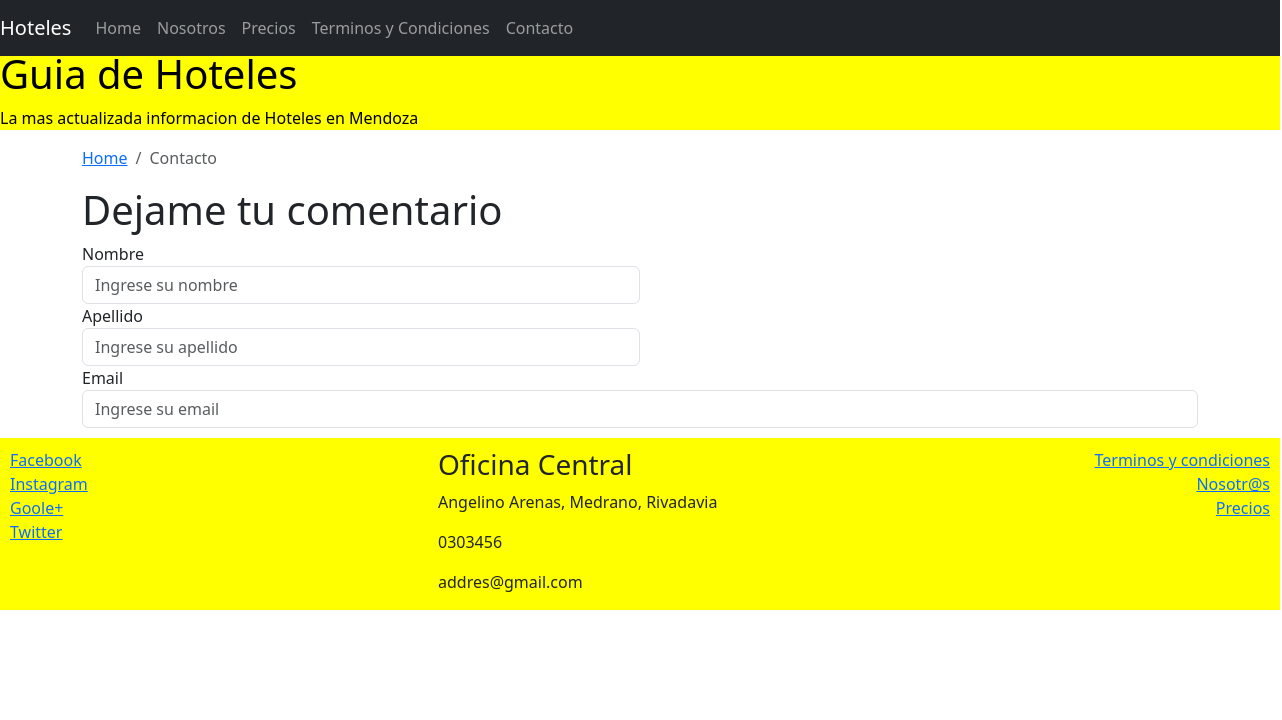
Repository: JulianMoralesSantoni/PaginaHoteles
Page: contacto.html
An editor plug-in stored every save of this project. The page is shown before and after the next save, followed by the edit.
The browser window is 1280 px wide. The page is 1282 px wide, so the pictures cover 1282 px, including what lies to the right of the window. The pictures show the whole page.
Some web libraries are served in a nearby version.

Above is the page before, as saved 2021-03-28 20:51:11.

### contacto.html
<!doctype html>
<html lang="en">
  <head>
    <!-- Required meta tags -->
    <meta charset="utf-8">
    <meta name="viewport" content="width=device-width, initial-scale=1, shrink-to-fit=no">

    <!-- Bootstrap CSS -->
    <link rel="stylesheet" href="node_modules/bootstrap/dist/css/bootstrap.min.css" >
    <link rel="stylesheet" href="css/main.css" >

    <title>Guia de Hoteles</title>
  </head>
  <body>
    <nav class="navbar navbar-expand-md navbar-dark bg-dark fixed-top" >
      <a class="navbar-brand" href="#">Hoteles</a>
      <button class="navbar-toggler" type="button" data-toggle="collapse" data-target="#navbarNav" aria-controls="navbarNav" aria-expanded="false" aria-label="Toggle navigation">
        <span class="navbar-toggler-icon"></span>
      </button>
      <div class="collapse navbar-collapse" id="navbarNav">
        <ul class="navbar-nav">
          <li class="nav-item">
            <a class="nav-link" href="./index.html">Home </a>
          </li>
          <li class="nav-item">
            <a class="nav-link" href="./about.html">Nosotros</a>
          </li>
          <li class="nav-item">
            <a class="nav-link" href="#">Precios</a>
          </li>
          <li class="nav-item">
            <a class="nav-link" href="#">Terminos y Condiciones</a>
          </li>
          <li class="nav-item active">
            <a class="nav-link" href="./contacto.html">Contacto</a>
          </li>

        </ul>
      </div>
    </nav>
    <div class="jumbotron">
      <h1>Guia de Hoteles</h1>

      <p>La mas actualizada informacion de Hoteles en Mendoza</p>
    </div>

    <div class="container">
      <nav aria-label="breadcrumb">
        <ol class="breadcrumb">
          <li class="breadcrumb-item"><a href="./index.html">Home</a></li>
          <li class="breadcrumb-item active" aria-current="page">Contacto</li>
        </ol>
      </nav>
      <h1>Dejame tu comentario</h1>
      <form>
        <div class="form-row">
          <div class="form-group col-sm-6">
            <label for="nombre">Nombre</label>
            <input type="text" class="form-control" id="nombre" placeholder="Ingrese su nombre">

          </div>
          <div class="form-group col-sm-6">
            <label for="apellido">Apellido</label>
            <input type="text" class="form-control" id="apellido" placeholder="Ingrese su apellido">
          </div>
        </div>
        <div class="form-group">
          <label for="email">Email</label>
            <input type="email" class="form-control" id="email" placeholder="Ingrese su email">


        </div>

      </form>

  </div>

 <footer>
   <div class="row">
     <div class="col-sm-4 d-flex flex-column ">
      <a href="http:www.facebook.com">Facebook</a>
      <a href="http:www.instagram">Instagram</a>
      <a href="http:www.google.com">Goole+</a>
      <a href="http:www.Twitter.com">Twitter</a>
     </div>
   <div class="col-sm-4">
    <address>
      <h3>Oficina Central</h3>
      <p>Angelino Arenas, Medrano, Rivadavia</p>
      <p>0303456</p>
      <p>addres@gmail.com</p>


    </address>
  </div>
  <div class="col-sm-4 d-flex flex-column align-items-end">
     <a href="http:www.facebook.com">Terminos y condiciones</a>
      <a href="http:www.instagram">Nosotr@s</a>
      <a href="http:www.google.com">Precios</a>



  </div>


 </footer>


    <!-- Optional JavaScript -->
    <!-- jQuery first, then Popper.js, then Bootstrap JS -->
 <!--<script src="node_modules/jquery/dist/jquery.min.js" integrity="sha384-DfXdz2htPH0lsSSs5nCTpuj/zy4C+OGpamoFVy38MVBnE+IbbVYUew+OrCXaRkfj" crossorigin="anonymous"></script>
    <script src="node_modules/popper.js/dist/popper.min.js" integrity="sha384-9/reFTGAW83EW2RDu2S0VKaIzap3H66lZH81PoYlFhbGU+6BZp6G7niu735Sk7lN" crossorigin="anonymous"></script>
    <script src="node_modules/bootstrap/dist/js/bootstrap.min.js" integrity="sha384-B4gt1jrGC7Jh4AgTPSdUtOBvfO8shuf57BaghqFfPlYxofvL8/KUEfYiJOMMV+rV" crossorigin="anonymous"></script> -->
    <script src="https://code.jquery.com/jquery-3.5.1.slim.min.js" integrity="sha384-DfXdz2htPH0lsSSs5nCTpuj/zy4C+OGpamoFVy38MVBnE+IbbVYUew+OrCXaRkfj" crossorigin="anonymous"></script>
<script src="https://cdn.jsdelivr.net/npm/bootstrap@4.5.3/dist/js/bootstrap.bundle.min.js" integrity="sha384-ho+j7jyWK8fNQe+A12Hb8AhRq26LrZ/JpcUGGOn+Y7RsweNrtN/tE3MoK7ZeZDyx" crossorigin="anonymous"></script>
  </body>
</html>

### css/main.css
.jumbotron{

	background-color: yellow;
	color:black;
	margin-top: 50px;

}


footer{
	padding: 10px 10px 0 10px;
	background-color: yellow;

	margin-bottom: : 0px;
	margin-top: 10px;

}
.card-hotel{
	flex: 1 150px;
	padding: 2px 5px 2px 5px;

}
.btn-reserva{
	width: 100%;
	position: all;


}
.footer-address-icon{

	padding-right: 20px;
}

After the next save:
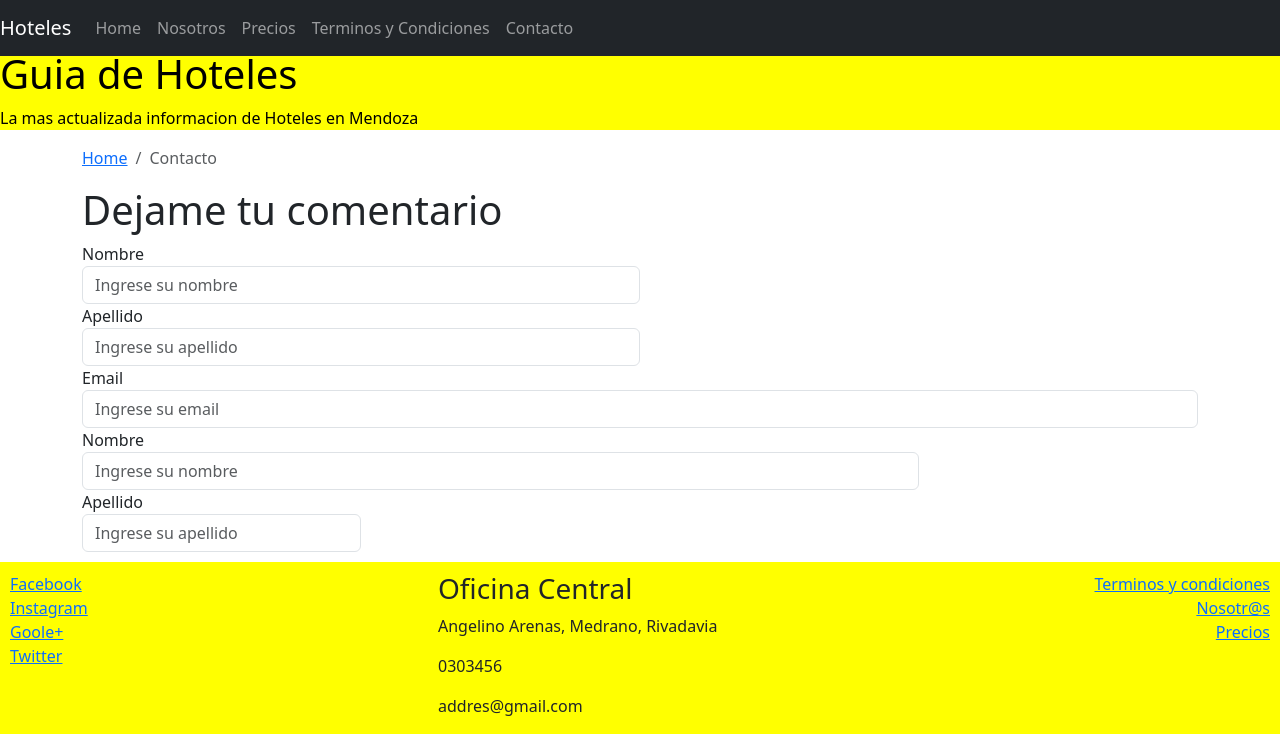
Saved 2 min 59 s later.
--- a/contacto.html
+++ b/contacto.html
@@ -68,6 +68,18 @@
           <label for="email">Email</label>
             <input type="email" class="form-control" id="email" placeholder="Ingrese su email">
 
+        </div>
+        <div class="form-row">
+          <div class="form-group col-sm-9">
+            <label for="nombre">Nombre</label>
+            <input type="text" class="form-control" id="nombre" placeholder="Ingrese su nombre">
+
+          </div>
+          <div class="form-group col-sm-3">
+            <label for="apellido">Apellido</label>
+            <input type="text" class="form-control" id="apellido" placeholder="Ingrese su apellido">
+          </div>
+
 
         </div>
 
